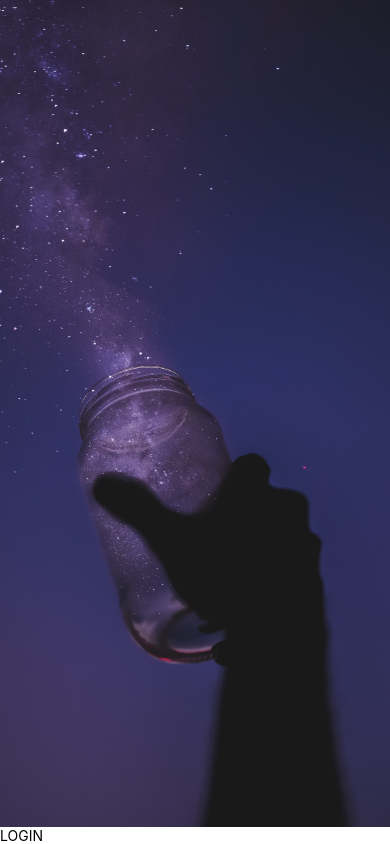
Repository: farrelmuhammad/project-react-native
Screen: /
An editor plug-in stored every save of this project. The screen is shown before and after the next save, followed by the edit.
The app was drawn by React Native's web renderer in a window 390 px wide. The project was rebuilt for these pictures with package versions that can differ from the ones it lists, and the page was loaded fresh each time.

Above is the screen before, as saved 2023-01-09 11:52:31.

### App.js
import { StatusBar } from 'expo-status-bar';
import styles from './styles'
import Svg, { Image } from 'react-native-svg';
import { Dimensions, Text, View } from 'react-native';

export default function App() {
  const { height, width } = Dimensions.get('window');

  return (
    <View style={styles.container}>
      <Svg height={height} width={width}>
        <Image
          href={require('./assets/login-background.jpg')}
          width={width}
          height={height}
          preserveAspectRatio="xMidYMid slice"
        />
      </Svg>
      <View style={styles.button}>
        <Text style={styles.buttonText}>LOGIN</Text>
      </View>
    </View>
  );
}

### styles.js
import { StyleSheet, Text, View } from 'react-native';

const styles = StyleSheet.create({
    container: {
        flex: 1,
        justifyContent: 'flex-end',
    },
    button: {
        backgroundColor: 'rgba(255, 255, 255, 0.5)',
    }
});

export default styles;

After the next save:
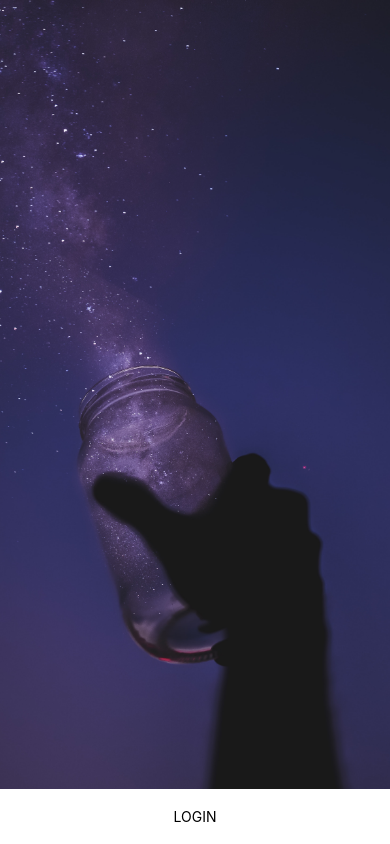
Saved 35 s later.
--- a/styles.js
+++ b/styles.js
@@ -7,6 +7,9 @@ const styles = StyleSheet.create({
     },
     button: {
         backgroundColor: 'rgba(255, 255, 255, 0.5)',
+        height: 55,
+        alignItems: 'center',
+        justifyContent: 'center',
     }
 });
 
